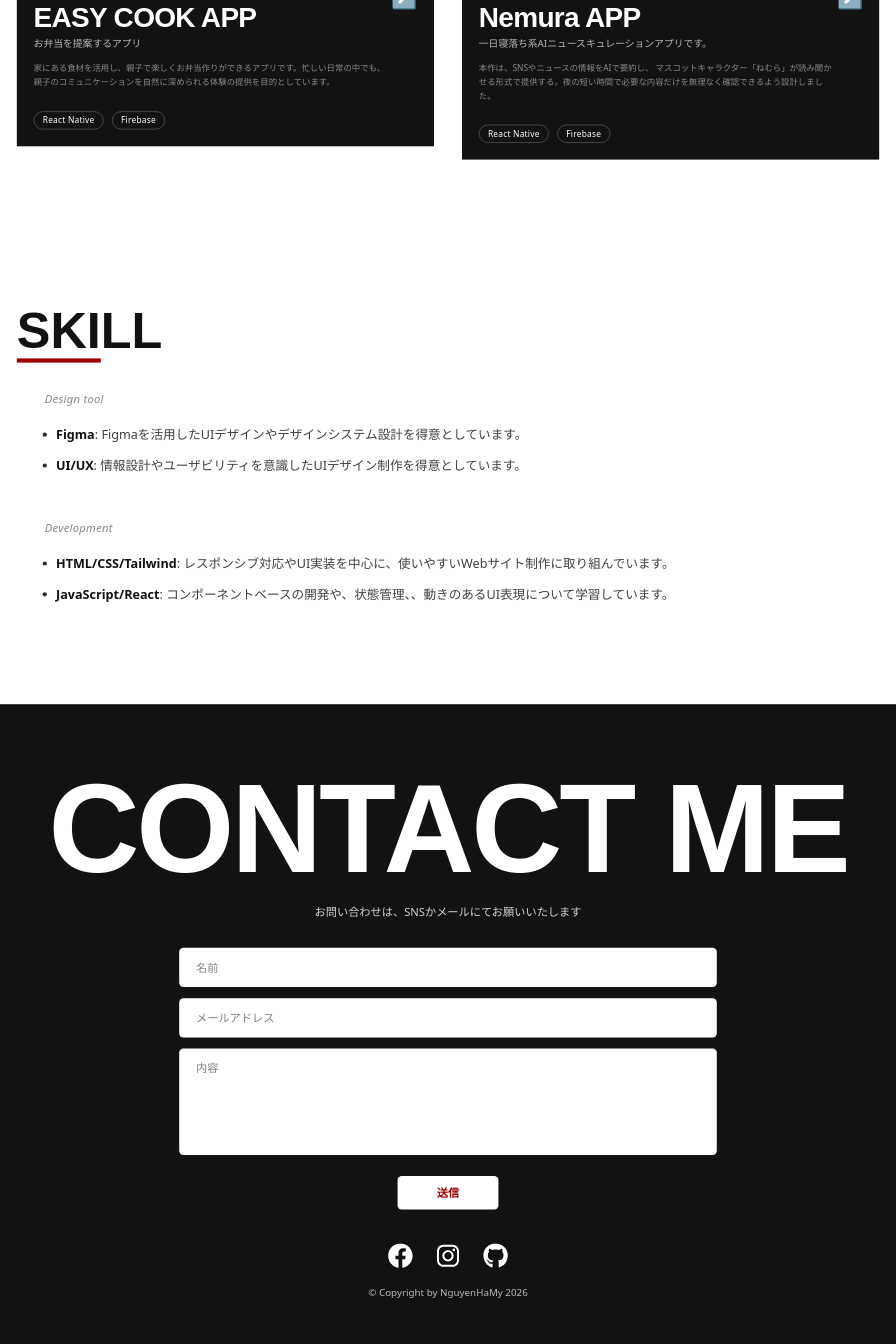
Repository: meme2603/Portfolio-HaMy
Page: / (app in my-portfolio/)
These files come from the project's save history. The page is drawn as it stood at one moment and after the next save; the edit follows.
The browser window is 1280 px wide. The pictures show the part of the page from y = 4370 to 6290 px (the page is 6290 px tall before and 6242 px after), at 70% of full size.
Some web fonts or font styles are not loaded; a fallback is used. The project was rebuilt for these pictures with package versions that can differ from the ones it lists, and the page was loaded fresh each time. Also part of the build but not shown: my-portfolio/vite.config.js.

Above is the page before, as saved 2026-05-29 14:55:10.

After the next save:
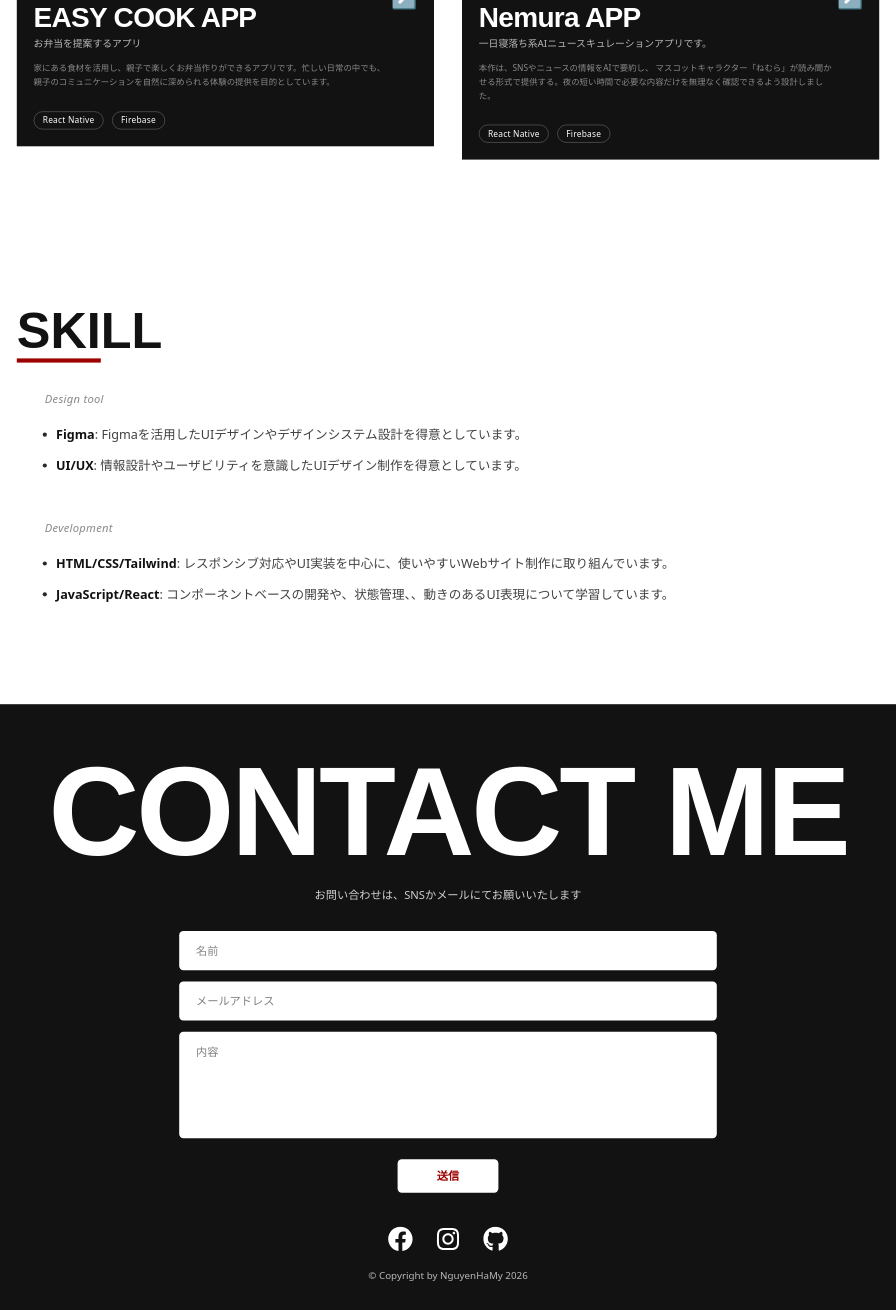
Saved 21 s later.
--- a/my-portfolio/src/components/Contact.jsx
+++ b/my-portfolio/src/components/Contact.jsx
@@ -2,7 +2,7 @@ import { FaFacebook, FaInstagram, FaGithub } from "react-icons/fa";
 
 function Contact() {
   return (
-    <section className="bg-font text-background py-16 overflow-hidden mt-20">
+    <section className="bg-font text-background py-10 overflow-hidden mt-20">
       <div className="max-w-7xl mx-auto pt-6">
         <h1
           className="
